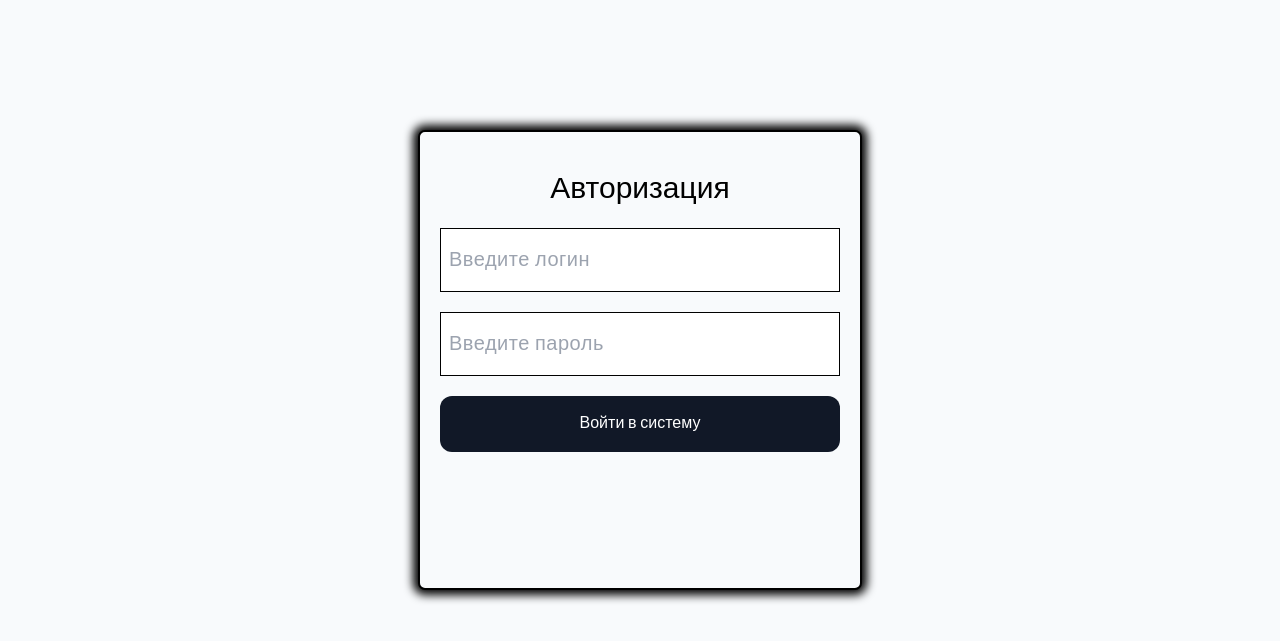
Repository: AlearvickOne/CartridgesApp
Page: /
An editor plug-in stored every save of this project. The page is shown before and after the next save, followed by the edit.
The browser window is 1280 px wide. The pictures show the whole page.
The page's requests for data from a server got no answer. The project was rebuilt for these pictures with package versions that can differ from the ones it lists, and the page was loaded fresh each time. The framework's server and built-in components were replaced by stand-ins that run in the browser. No one was signed in, and anything a server would have sent is missing. Also part of the build but not shown: next.config.mjs.

Above is the page before, as saved 2024-04-19 15:54:29.

### src/app/layout.tsx
import type { Metadata } from "next";
import { Catamaran } from "next/font/google";
import "./globals.scss";
import { AuthProvider } from "@/Providers/AuthProvider";
import { QueryProvider } from "@/Providers/QueryProvider";

const catamaran = Catamaran({ subsets: ["latin"], weight: ["100", "200", "400", "900"] });

export const metadata: Metadata = {
  title: "Cartridge App",
  description: "Application cartridge",
};

export default function RootLayout({
  children,
}: Readonly<{
  children: React.ReactNode;
}>) {
  return (
    <html lang="en">
      <body className={catamaran.className}>
        <QueryProvider>
          <AuthProvider>{children}</AuthProvider>
        </QueryProvider>
      </body>
    </html>
  );
}

### src/app/page.tsx
import { redirect } from "next/navigation";
import AuthorizationPage from "../components/AuthorizationPage";
import { auth, signIn } from "./api/auth/configs/auth";
import { FormEventHandler } from "react";
import { SignInError } from "@auth/core/errors";
import { AuthError } from "next-auth";
import { unknown } from "zod";

export default async function Home() {
  const session = await auth();

  const handleSubmit = async (
    login: FormDataEntryValue | null,
    password: FormDataEntryValue | null
  ) => {
    "use server";

    try {
      await signIn("credentials", {
        login: login,
        password: password,
        redirectTo: "/lobby",
      });
    } catch (error) {
      if (error instanceof AuthError) {
        switch (error.type) {
          case "CredentialsSignin":
            return "Неверный логин или пароль";
          default:
            return "Not found error";
        }
      }
      throw error;
    }
  };

  return (
    <div>
      <AuthorizationPage handleSubmit={handleSubmit} />
    </div>
  );
}

### src/Providers/AuthProvider.tsx
"use client";

import { SessionProvider } from "next-auth/react";
import { PropsWithChildren } from "react";

export const AuthProvider = ({ children }: PropsWithChildren) => {
  return <SessionProvider>{children}</SessionProvider>;
};

### src/Providers/QueryProvider.tsx
"use client";

import { QueryClient, QueryClientProvider } from "@tanstack/react-query";
import { PropsWithChildren } from "react";

const queryClient = new QueryClient();

export function QueryProvider({ children }: PropsWithChildren) {
  return <QueryClientProvider client={queryClient}>{children}</QueryClientProvider>;
}

### src/components/AuthorizationPage.tsx
"use client";
import styles from "@/styles/home/Home.module.scss";
import { useSession } from "next-auth/react";
import Image from "next/image";
import { useRouter } from "next/navigation";
import { useEffect, useState } from "react";
import SyncIcon from "@mui/icons-material/Sync";

interface ISession {
  handleSubmit: (login: FormDataEntryValue | null, password: FormDataEntryValue | null) => void;
}

function AuthorizationPage({ handleSubmit }: ISession) {
  const [isClick, setIsClick] = useState<boolean>(false);
  const [errorMessage, setErrorMessage] = useState<string | unknown>("");

  const session = useSession();
  console.log(isClick);

  return (
    <main className={styles.authContainer}>
      <div className={styles.authForm_wrapper}>
        <h1 className="mb-5 text-center text-xl">Авторизация</h1>
        <form
          action={async (formData) => {
            const res = await handleSubmit(formData.get("login"), formData.get("password"));
            typeof res !== "undefined" ? setIsClick(false) : setIsClick(true);
            setErrorMessage(res);
          }}
          className={styles.authForm}
        >
          <input type="text" name="login" placeholder="Введите логин" />
          <input type="password" name="password" placeholder="Введите пароль" />
          <button type="submit" onClick={() => setIsClick(true)}>
            {isClick ? <SyncIcon className="animate-spin" /> : "Войти в систему"}
          </button>

          {isClick ? (
            <></>
          ) : (
            <p className="mt-5 text-center text-rose-800 text-xl">{errorMessage as string}</p>
          )}
        </form>
      </div>
    </main>
  );
}

export default AuthorizationPage;

### src/app/api/auth/configs/auth.ts
import NextAuth from "next-auth";
import CredentialsProvider from "next-auth/providers/credentials";
import { UsersAuthStore } from "@/stores/usersStore";
import { IUsersAuth } from "@/types/auth.interface";
import { Provider } from "next-auth/providers";
import { signInSchema } from "../utils/zod";
import { ZodError } from "zod";

const providers: Provider[] = [
  CredentialsProvider({
    credentials: {
      login: { label: "text", type: "text" },
    },
    authorize: async (credentials) => {
      try {
        const { login, password } = await signInSchema.parseAsync(credentials);

        await UsersAuthStore.getAuthUsersActon();
        const user = UsersAuthStore.usersAuth.find((person) => {
          if (person?.login === login && person.password === password) return person;
        });

        if (!user) {
          throw Error("user not found");
        }

        return user as IUsersAuth;
      } catch (error) {
        if (error instanceof ZodError) return null;
        return null;
      }
    },
  }),
];

export const configAuth = {
  providers,
  // pages: { signIn: "/" },
  secret: process.env.AUTH_SECRET,
};

export const {
  auth,
  signIn,
  signOut,
  handlers: { GET, POST },
} = NextAuth(configAuth);

### src/styles/home/Home.module.scss
.authContainer {
  @apply flex justify-center items-center h-screen bg-slate-50 transition-all;

  .authForm_wrapper {
    @apply border-[2px] border-black rounded-[7px] py-10 px-5  bg-slate-50   text-black  shadow-upmd shadow-black;

    > h1 {
      @apply text-black text-3xl;
    }

    .authForm {
      @apply flex flex-col min-w-[25rem] min-h-[20rem];

      > input {
        @apply mb-5 px-2 text-xl tracking-wide outline-gray-900 border-[1px] border-black bg-white text-black w-full h-16;
      }

      > button {
        @apply bg-gray-900 p-2 rounded-xl hover:text-violet-200 text-white h-14;
      }
    }
  }
}

### src/stores/usersStore.tsx
import { IUsersAuth } from "@/types/auth.interface";
import { RequiresClass } from "../services/requires.class";

import { observable, action, makeObservable } from "mobx";

class UsersStore {
  usersAuth: IUsersAuth[] = [];

  constructor() {
    makeObservable(this, {
      usersAuth: observable,
      getAuthUsersActon: action,
    });
  }

  getAuthUsersActon = async () => {
    try {
      const res = await RequiresClass.getUserAuthInfo();
      this.usersAuth = res.data;
    } catch (err) {
      console.warn(err);
    }
  };
}

export const UsersAuthStore = new UsersStore();

### src/app/api/auth/utils/zod.ts
import { object, string } from "zod";

export const signInSchema = object({
  login: string({ required_error: "login is required" })
    .min(1, "login is required")
    .max(20, "Длина логина должна составлять не более 20 символов"),
  password: string({ required_error: "Password is required" })
    .min(1, "Пароль должен быть больше")
    .max(20, "Пароль не должен быть больше 20 символов"),
});

### src/services/requires.class.ts
import { IUsersAuth } from "@/types/auth.interface";
import axios from "axios";

class Requires {
  private URL = "https://661e51d298427bbbef042f3e.mockapi.io/";

  async getUserAuthInfo() {
    return await axios.get<IUsersAuth[]>(`${this.URL}users`);
  }
}

export const RequiresClass = new Requires();

### tailwind.config.ts
import type { Config } from "tailwindcss";

const config: Config = {
  content: [
    "./src/pages/**/*.{js,ts,jsx,tsx,mdx}",
    "./src/components/**/*.{js,ts,jsx,tsx,mdx}",
    "./src/app/**/*.{js,ts,jsx,tsx,mdx}",
  ],
  theme: {
    extend: {
      boxShadow: {
        upmd: "0px 0px 10px 5px rgba(0, 0, 0, 0.3)",
      },
      backgroundImage: {
        "gradient-radial": "radial-gradient(var(--tw-gradient-stops))",
        "gradient-conic": "conic-gradient(from 180deg at 50% 50%, var(--tw-gradient-stops))",
      },
    },
  },
  plugins: [],
};
export default config;

Loaded but not shown: src/app/globals.scss (common file)

After the next save:
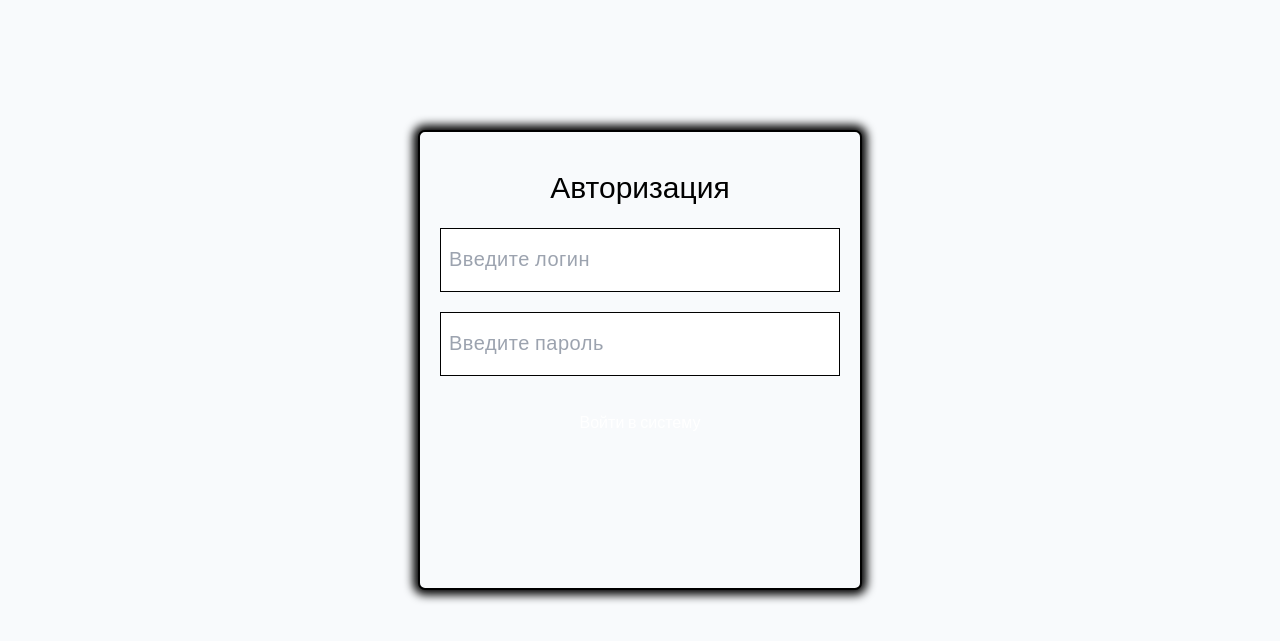
Saved 107 s later.
--- a/src/styles/home/Home.module.scss
+++ b/src/styles/home/Home.module.scss
@@ -16,7 +16,7 @@
       }
 
       > button {
-        @apply bg-gray-900 p-2 rounded-xl hover:text-violet-200 text-white h-14;
+        @apply p-2 rounded-xl hover:text-violet-200 text-white h-14;
       }
     }
   }
